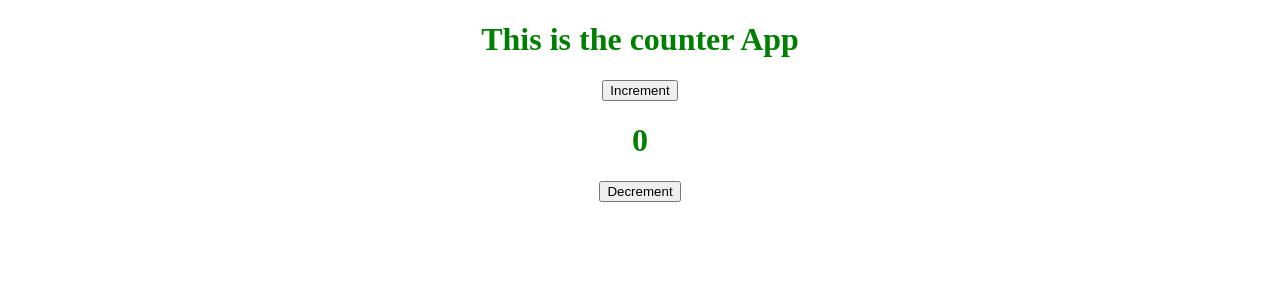
Repository: Gauravyadav678/GcounterApp
Page: / (app in gcounter/)
The author's editor kept a copy of each file at every save. The page is drawn from the files as they stood at one save, then again after the next save.
The browser window is 1280 px wide. The pictures show the whole page.
The project was rebuilt for these pictures with package versions that can differ from the ones it lists, and the page was loaded fresh each time. Also part of the build but not shown: gcounter/src/index.css.

Above is the page before, as saved 2024-10-22 19:32:56.

After the next save:
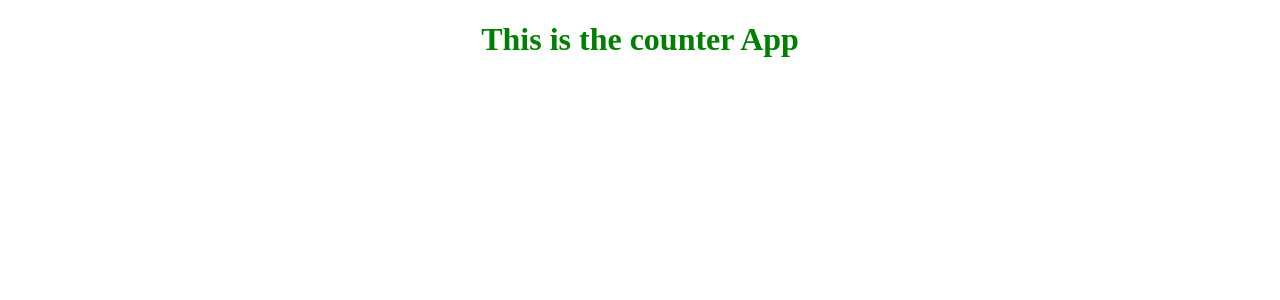
Saved 43 s later.
--- a/gcounter/src/App.js
+++ b/gcounter/src/App.js
@@ -2,7 +2,6 @@
 import './App.css';
 import Decrement from './components/decrement';
 import Increment from './components/incremet';
-import MainValue from './components/valu';
 
 function App() {
   return (
@@ -10,9 +9,6 @@ function App() {
       <>
       <h1>This is the counter App</h1>
 
-       <button  onClick={Increment()}>Increment </button>
-      <MainValue/>
-      <button onClick={Decrement}>Decrement </button>
 
       </>
     </div>
